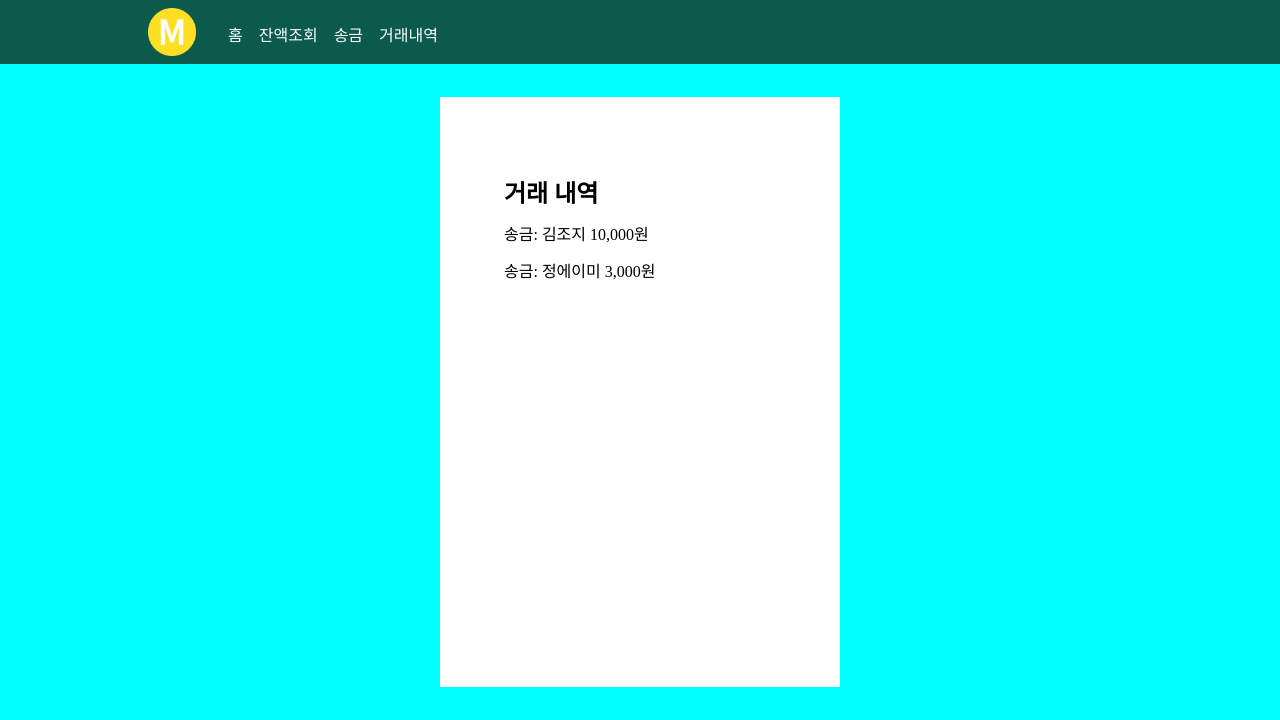
Repository: JiNookk/makaobank
Page: week06/makaoBank/transaction.html
An editor plug-in stored every save of this project. The page is shown before and after the next save, followed by the edit.
The browser window is 1280 px wide. The pictures show the whole page.

Above is the page before, as saved 2022-09-13 17:28:22.

### week06/makaoBank/transaction.html
<!DOCTYPE html>
<html lang="ko">
    <head>
        <meta charset="UTF-8">
        <title>마카오 뱅크</title>
        <!-- <link rel="favicon for makaoBank" href="./resources/logo.png"> favicon나중에 넣어보기-->
        <link rel="stylesheet" href="./css/reset.css">
        <link rel="stylesheet" href="./css/layout.css">
        <link rel="stylesheet" href="./css/elements.css">
    </head>
    <body>
        <header>
            <nav id="nav-item-container">
                <a href="./index.html">
                    <img id="home-logo" alt="makaoBank home Button" src="./resources/logo.png">
                </a>
                <a href="./index.html">홈</a>
                <a href="./amount.html">잔액조회</a>
                <a href="./transfer.html">송금</a>
                <a href="./transaction.html">거래내역</a>
            </nav>
        </header>
        <main>
            <section class="content-container">
               <h1>거래 내역</h1>
               <p>송금: 김조지 10,000원</p>
               <p>송금: 정에이미 3,000원</p>
            </section>
        </main>
    </body>
</html>

### week06/makaoBank/css/reset.css
* {
    box-sizing: border-box;
    margin: 0px;
    padding: 0px;
}

### week06/makaoBank/css/layout.css
html{
    width: 100%;
    height: 100%;
}

body{
    display: grid;
    grid: 4rem 1fr 18fr 1fr / 1fr 500px 500px 1fr;

    grid-template-areas:
    "header header header header"
    ". . . ."
    ". main main ."
    ". . . .";

    color: white;
    background-color: aqua;

    width: 100%;
    height: 100%;
}

#home-contents-container{
    grid: 4rem 1fr 300px 1fr / 1fr 500px 500px 1fr;
    grid-template-areas:
    "header header header header"
    ". . . ."
    ". main main ."
    ". . . .";
}

header{
    grid-column-start: span 4;
    grid-area:header;

    display: grid;
    grid-template-columns: 1fr 500px 500px 1fr;

    height: 4rem;
    background-color: rgb(11,90,76);
}

nav{
    grid-column-start: 2;
    grid-row-start: 1;
}

nav *{
    margin-right: 1rem;
}

main{
    display: flex;
    justify-content: center;
    grid-area: main;
}

aside{
    grid-area: aside;
}

### week06/makaoBank/css/elements.css
/* aside>div{
    background-image: url("../resources/saving.png");
    width: 100%;
    height: 100%;
} */

a{
    color: white;
    text-decoration: none;
}

#nav-item-container{
    display: flex;

    align-items: center;

    padding: .5rem;
}

#home-items-container{
    display: flex;
}

#home-logo{
    height: 3rem;
}

#home-description{
    font-size: 1.8rem;

    display: flex;
    flex-direction: column;
    align-items: center;

    width: 500px;
}

#home-description button{
    font-size: .6rem;

    justify-self: center;
    margin: .3rem;
    margin-top: 3rem;

    background-color: rgb(11,90,76);
    color: white;

    width: 160px;
    height: 65px;

    border-radius: 2.3rem;
}

#saving-image{
    width: 72vh;
    height: 40vh;
}

.content-container{
    padding: 4rem;

    width: 40%;
    height: 100%;

    background-color: white;
}

.content-container *{
    color: black;
    margin-block-start: .8rem;
}

After the next save:
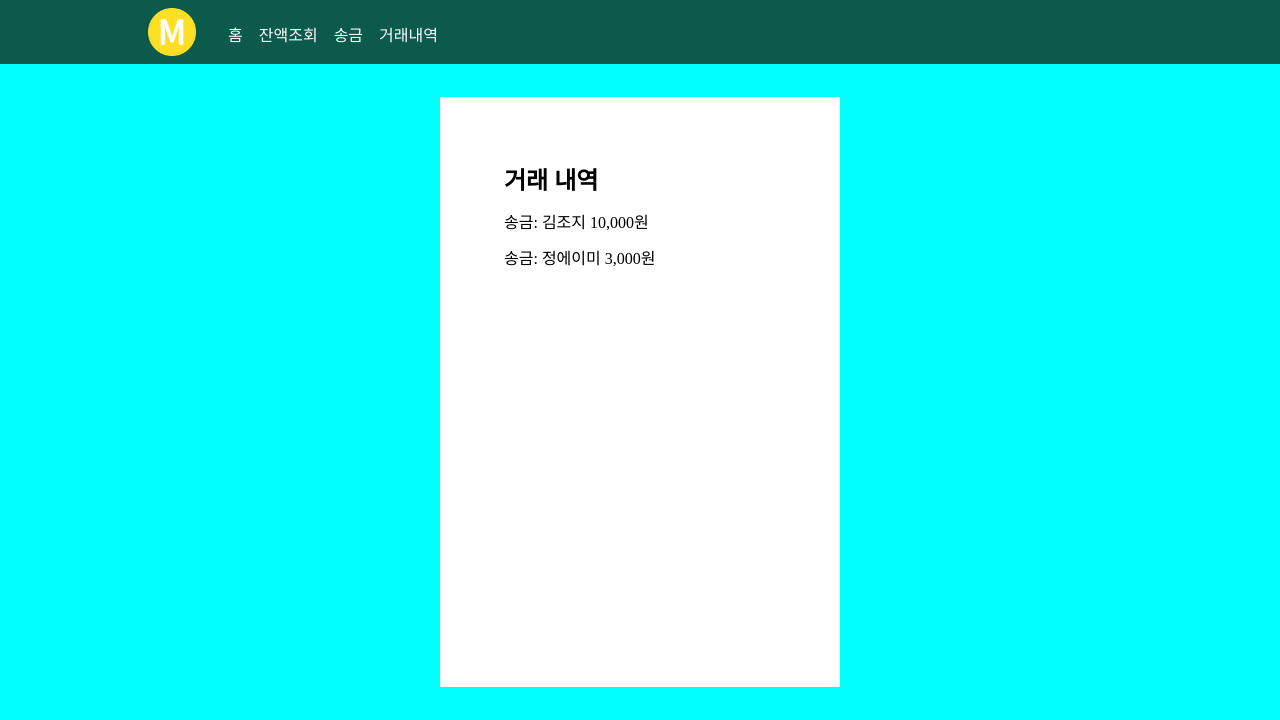
Saved 5 s later.
--- a/week06/makaoBank/css/elements.css
+++ b/week06/makaoBank/css/elements.css
@@ -67,5 +67,5 @@ a{
 
 .content-container *{
     color: black;
-    margin-block-start: .8rem;
+    margin-bottom: .8rem;
 }
